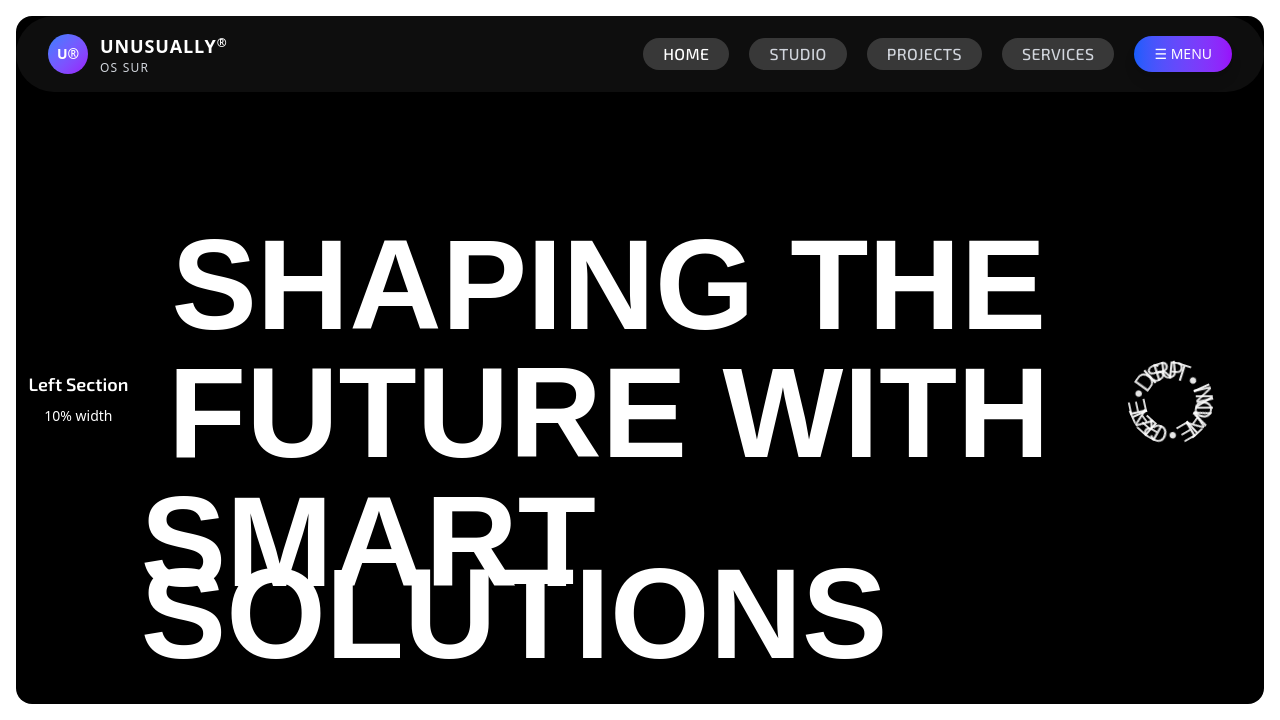
Repository: A-y-u-s-h-29/Digital-Express-India-With-Carrer-Page-And-RazorPay
Page: / (app in op/)
These files come from the project's save history. The page is drawn as it stood at one moment and after the next save; the edit follows.
The browser window is 1280 px wide. The pictures show the whole page.
Some web fonts or font styles are not loaded; a fallback is used. The project was rebuilt for these pictures with package versions that can differ from the ones it lists, and the page was loaded fresh each time. Also part of the build but not shown: op/vite.config.js.

Above is the page before, as saved 2025-12-04 15:22:23.

After the next save:
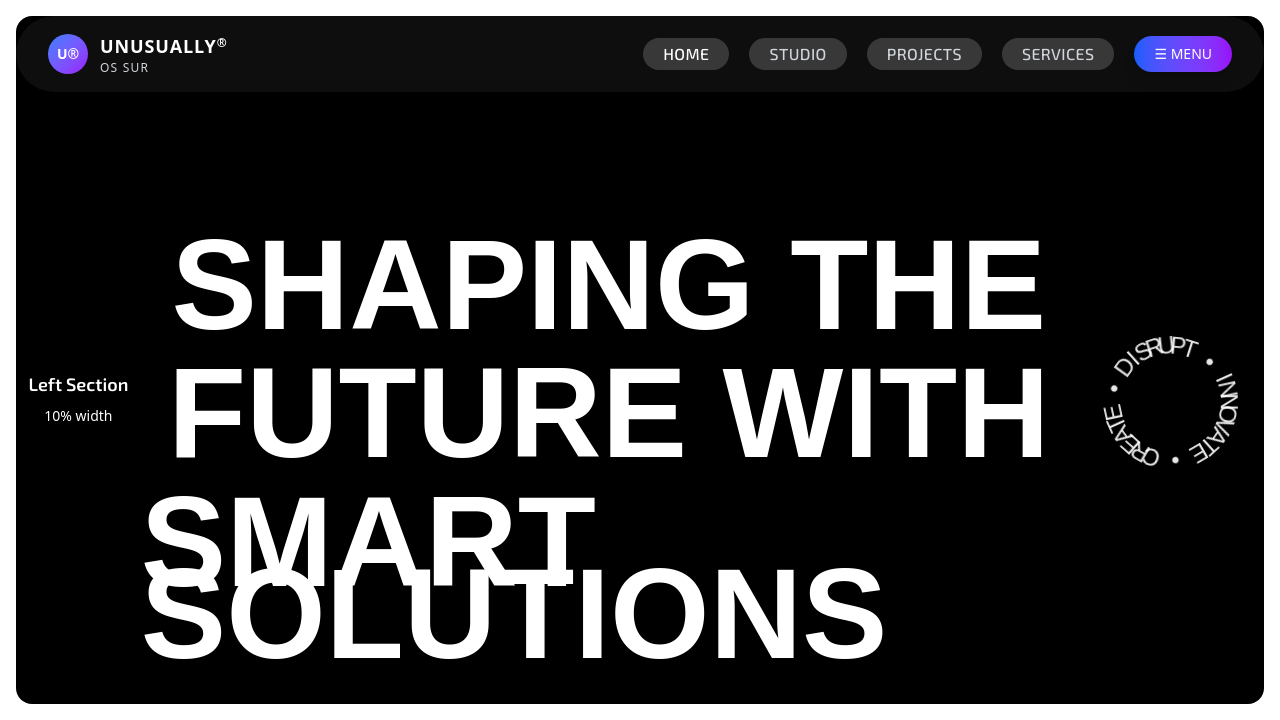
Saved 5 s later.
--- a/op/src/components/CircularText.jsx
+++ b/op/src/components/CircularText.jsx
@@ -86,7 +86,7 @@ const CircularText = ({
   return (
     <div className="flex min-h-[400px] items-center justify-center rounded-lg">
       <motion.div
-        className={`relative m-0 mx-auto h-[100px] w-[100px] origin-center cursor-pointer rounded-full text-center font-black text-white ${className}`}
+        className={`relative m-0 mx-auto h-[150px] w-[100px] origin-center cursor-pointer rounded-full text-center font-black text-white ${className}`}
         style={{ rotate: rotation }}
         initial={{ rotate: 0 }}
         animate={controls}
